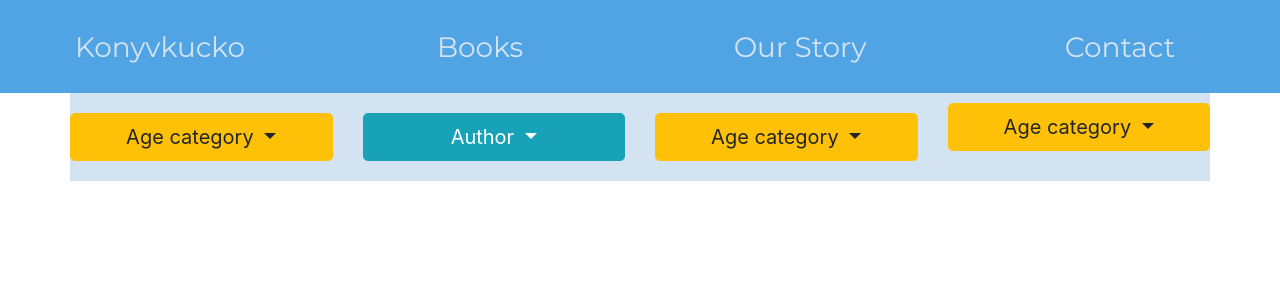
Repository: taikatta/Konyvkucko
Page: books.html
The author's editor kept a record of every edit. The page is drawn from the files as they stood at one moment, then again after the next edit.
The browser window is 1280 px wide. The pictures show the whole page.

Above is the page before.

After the next edit:
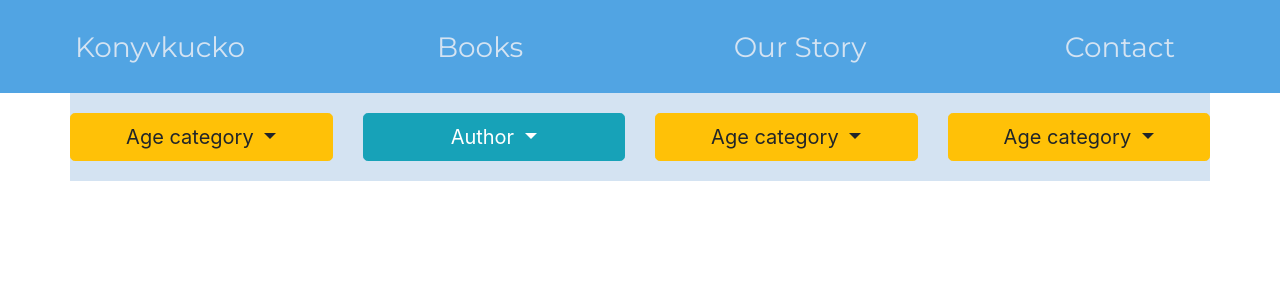
The edit:
--- a/books.html
+++ b/books.html
@@ -80,7 +80,7 @@
                 <div class="col-sm-6 col-md-3">
 
                     <div class="dropdown">
-                        <button class="btn btn-secondary btn-lg btn-block btn-warning dropdown-toggle" type="button" data-toggle="dropdown" aria-haspopup="true" aria-expanded="false">
+                        <button class="btn btn-secondary btn-lg btn-block btn-warning dropdown-toggle" type="button" id="button4" data-toggle="dropdown" aria-haspopup="true" aria-expanded="false">
     Age category
   </button>
                         <div class="dropdown-menu" aria-labelledby="dropdownMenuButton">
